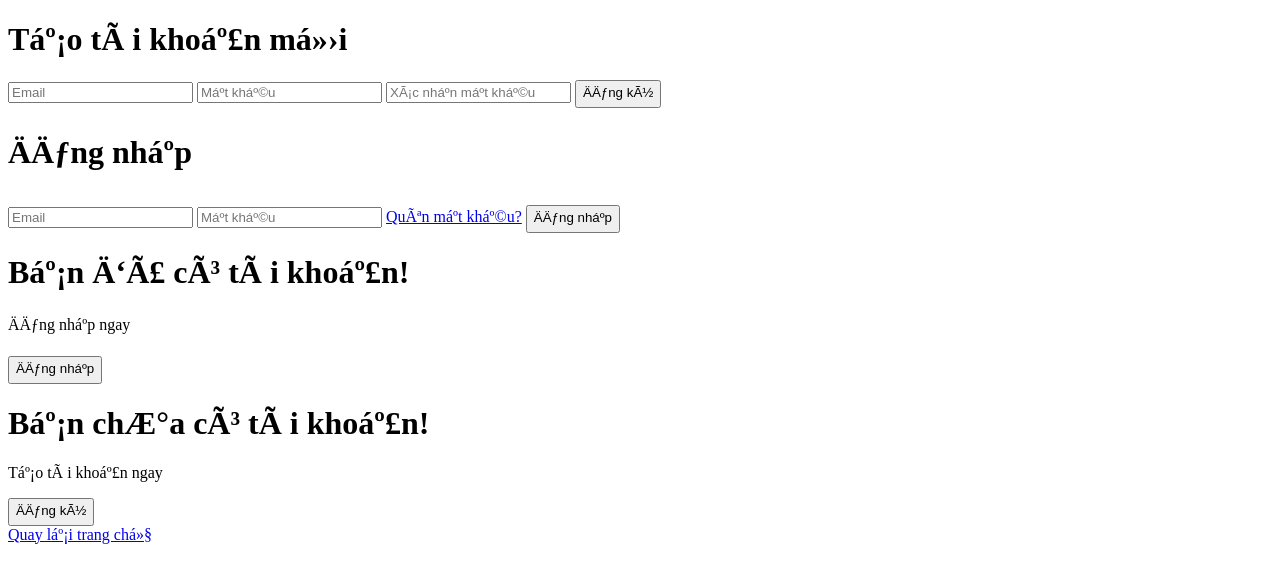
Repository: nguyenanhduc2003/quan_li_vat_tu
Page: http://localhost/20241it6080001/html/dangnhap.jsp
An editor plug-in stored every save of this project. The page is shown before and after the next save, followed by the edit.
The browser window is 1280 px wide. The pictures show the whole page.
Some web fonts or font styles are not loaded; a fallback is used. The page is served by Tomcat 9. Nobody is signed in. The application's start-up code is not run.

Above is the page before, as saved 2024-11-24 11:32:08.
Not found: QLVT/20241it6080001/bootstrap/bootstrap.bundle.min.js
Not found: QLVT/20241it6080001/bootstrap/bootstrap.min.css
Not found: QLVT/20241it6080001/css/dangnhap.css

After the next save:
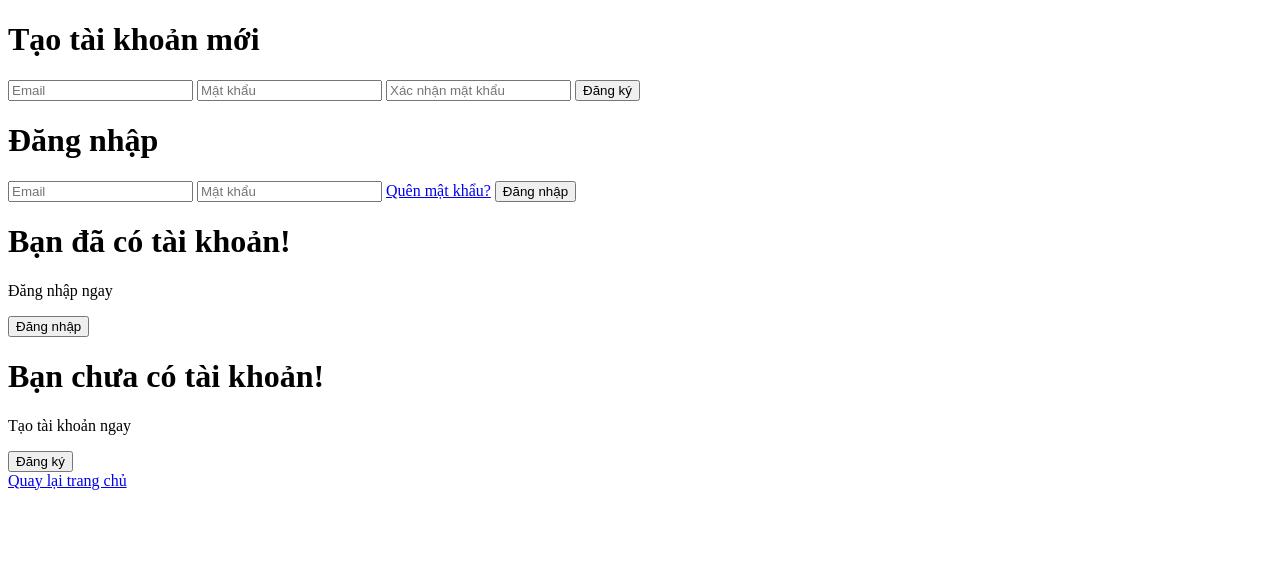
Saved 107 s later.
--- a/QLVT/20241it6080001/src/main/webapp/html/dangnhap.jsp
+++ b/QLVT/20241it6080001/src/main/webapp/html/dangnhap.jsp
@@ -1,5 +1,5 @@
-<%@ page language="java" contentType="text/html; charset=ISO-8859-1"
-    pageEncoding="ISO-8859-1"%>
+<%@ page language="java" contentType="text/html; charset=UTF-8"
+    pageEncoding="UTF-8"%>
 <!DOCTYPE html>
 <html lang="en">
 <head>
